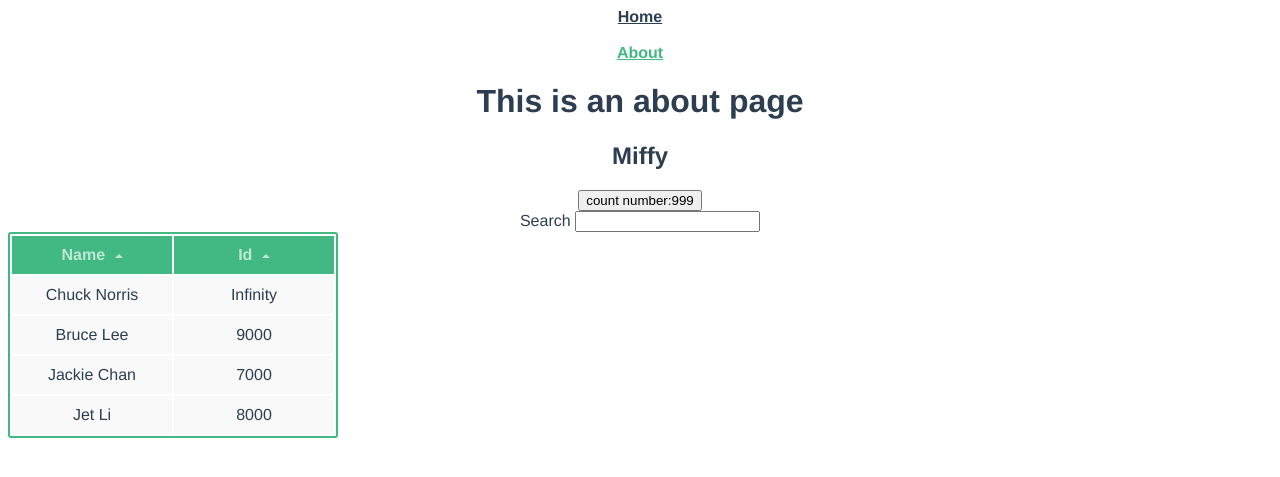
Repository: HaoMiffy/vue3-compisition-Typescript-pinia
Page: /about
These files come from the project's save history. The page is drawn as it stood at one moment and after the next save; the edit follows.
The browser window is 1280 px wide. The pictures show the whole page.
The project was rebuilt for these pictures with package versions that can differ from the ones it lists, and the page was loaded fresh each time. Also part of the build but not shown: vue.config.js, src/components/HelloWorld.vue, src/views/HomeView.vue.

Above is the page before, as saved 2022-12-12 18:16:07.

### src/main.ts
import { createApp } from 'vue'
import App from './App.vue'
import router from './router'
import { createPinia } from 'pinia'

createApp(App).use(createPinia()).use(router).mount('#app')

### src/App.vue
<template>
<navbar></navbar>
<RouterView></RouterView>
</template>


<script lang="ts" setup>
import navbar from './components/navbar.vue'
</script>

<style>
#app {
  font-family: Avenir, Helvetica, Arial, sans-serif;
  -webkit-font-smoothing: antialiased;
  -moz-osx-font-smoothing: grayscale;
  text-align: center;
  color: #2c3e50;
}

.nav {
  padding: 30px;
  text-align: left;
}



nav a {
  font-weight: bold;
  color: #2c3e50;
}

nav a.router-link-exact-active {
  color: #42b983;
}
</style>

### src/components/navbar.vue
<!-- eslint-disable vue/multi-word-component-names -->
<template>
    <nav class="navbar navbar-default">
        <div class="container-fluid">
            <div class="navbar-header">
                <router-link to="/" class="item">Home</router-link>
            </div>
            <br />
            <div>
                <router-link to="/about" class="item">About</router-link>
            </div>
        </div>
    </nav>
</template>

### src/views/AboutView.vue
/* pinia + Vue3 composition API 資料抓取的方式*/

<template>
  <div class="about">
    <h1>This is an about page</h1>
    <h2>{{ max }}</h2>
    <button @click="click()">count number:{{ counter.count }}</button>
    <form id="search">
      Search <input name="query" v-model="searchQuery">
    </form>
    <Table :data="Data" :columns="Columns" :filter-key="searchQuery"></Table>
  </div>
</template>

<script setup lang="ts">
import { ref, reactive,computed } from 'vue'
import { PublicStore } from '@/store/index'

import Table from './table.vue'


const store = PublicStore()




const max = ref("Miffy")
const counter = reactive({ count: 999 })

const searchQuery = ref('')
const Columns = ['name', 'id']


const Data = computed(()=> store.$state.data);


function click() {
  counter.count++
}





</script>

<style>
.table {
  margin-top: 25px;
  display: flex;
  justify-content: center;
  align-items: center;
}
</style>

### src/store/index.ts
import { defineStore } from 'pinia'
export const PublicStore = defineStore('Public', { // Public项目唯一id
  state: () => ({
    data: [
      {
        name: 'Chuck Norris',
        id: Infinity
      },
      {
        name: 'Bruce Lee',
        id: 9000
      },
      {
        name: 'Jackie Chan',
        id: 7000
      },
      {
        name: 'Jet Li',
        id: 8000
      }
    ]
  }),
  getters: {

  },
  actions: {

  },
})

### src/views/table.vue
<!-- eslint-disable vue/multi-word-component-names -->
<script setup >
import { ref, computed,defineProps} from 'vue'

const props = defineProps({
  data: Array,
  columns: Array,
  filterKey: String
})

const sortKey = ref('')
const sortOrders = ref(
  props.columns.reduce((o, key) => ((o[key] = 1), o), {})
)

const filteredData = computed(() => {
  let { data, filterKey } = props
  if (filterKey) {
    filterKey = filterKey.toLowerCase()
    data = data.filter((row) => {
      return Object.keys(row).some((key) => {
        return String(row[key]).toLowerCase().indexOf(filterKey) > -1
      })
    })
  }
  const key = sortKey.value
  if (key) {
    const order = sortOrders.value[key]
    data = data.slice().sort((a, b) => {
      a = a[key]
      b = b[key]
      return (a === b ? 0 : a > b ? 1 : -1) * order
    })
  }
  return data
})

function sortBy(key) {
  sortKey.value = key
  sortOrders.value[key] *= -1
}

function capitalize(str) {
  return str.charAt(0).toUpperCase() + str.slice(1)
}
</script>

<template>
  <table v-if="filteredData.length">
    <thead>
      <tr>
        <th v-for="key in columns"
          @click="sortBy(key)"
          :class="{ active: sortKey == key }" :key="capitalize(key)">
          {{ capitalize(key) }}
          <span class="arrow" :class="sortOrders[key] > 0 ? 'asc' : 'dsc'">
          </span>
        </th>
      </tr>
    </thead>
    <tbody>
      <tr v-for="entry in filteredData" :key="entry[key]">
        <td v-for="key in columns" :key="entry[key]">
          {{entry[key]}}
        </td>
      </tr>
    </tbody>
  </table>
  <p v-else>No matches found.</p>
</template>

<style>
table {
  border: 2px solid #42b983;
  border-radius: 3px;
  background-color: #fff;
}

th {
  background-color: #42b983;
  color: rgba(255, 255, 255, 0.66);
  cursor: pointer;
  user-select: none;
}

td {
  background-color: #f9f9f9;
}

th,
td {
  min-width: 120px;
  padding: 10px 20px;
}

th.active {
  color: #fff;
}

th.active .arrow {
  opacity: 1;
}

.arrow {
  display: inline-block;
  vertical-align: middle;
  width: 0;
  height: 0;
  margin-left: 5px;
  opacity: 0.66;
}

.arrow.asc {
  border-left: 4px solid transparent;
  border-right: 4px solid transparent;
  border-bottom: 4px solid #fff;
}

.arrow.dsc {
  border-left: 4px solid transparent;
  border-right: 4px solid transparent;
  border-top: 4px solid #fff;
}
</style>

Loaded but not shown: src/router/index.ts (common file)

After the next save:
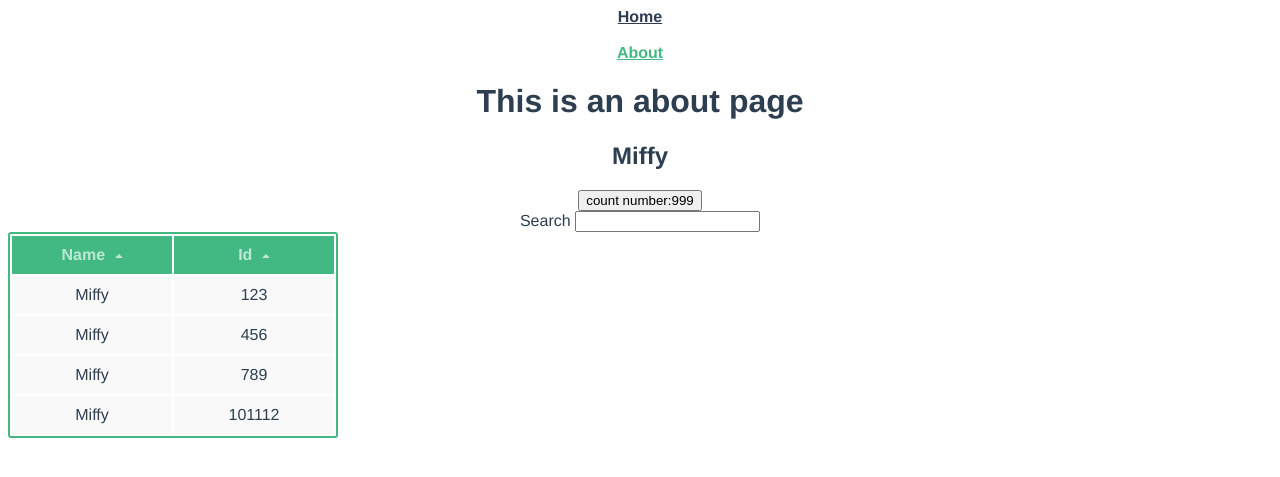
Saved 48 s later.
--- a/src/store/index.ts
+++ b/src/store/index.ts
@@ -3,20 +3,20 @@ export const PublicStore = defineStore('Public', { // Public项目唯一id
   state: () => ({
     data: [
       {
-        name: 'Chuck Norris',
-        id: Infinity
+        name: 'Miffy',
+        id: 123
       },
       {
-        name: 'Bruce Lee',
-        id: 9000
+        name: 'Miffy',
+        id: 456
       },
       {
-        name: 'Jackie Chan',
-        id: 7000
+        name: 'Miffy',
+        id: 789
       },
       {
-        name: 'Jet Li',
-        id: 8000
+        name: 'Miffy',
+        id: 101112
       }
     ]
   }),
